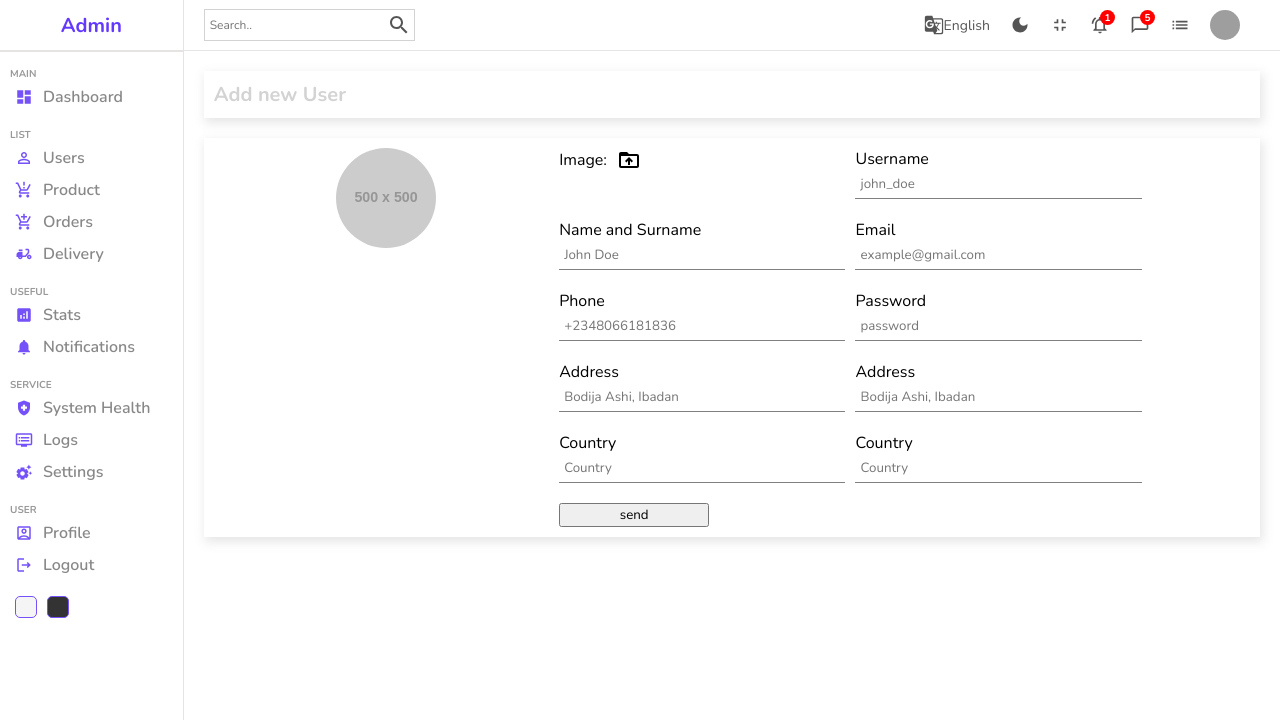
Repository: maescode/simple-react-admin-dashboard
Page: /users/new
These files come from the project's save history. The page is drawn as it stood at one moment and after the next save; the edit follows.
The browser window is 1280 px wide. The pictures show the whole page.
Pictures or frames that could not be fetched are drawn as grey boxes. The project was rebuilt for these pictures with package versions that can differ from the ones it lists, and the page was loaded fresh each time. Also part of the build but not shown: src/App.css, src/pages/home/home.scss, src/pages/components/widget/widget.scss, src/pages/components/widget/Widget.jsx, src/pages/components/featured/featured.scss, src/pages/components/featured/Featured.jsx, src/pages/components/chart/chart.scss, src/pages/components/chart/Chart.jsx and 11 more.

Above is the page before, as saved 2022-08-10 06:11:00.

After the next save:
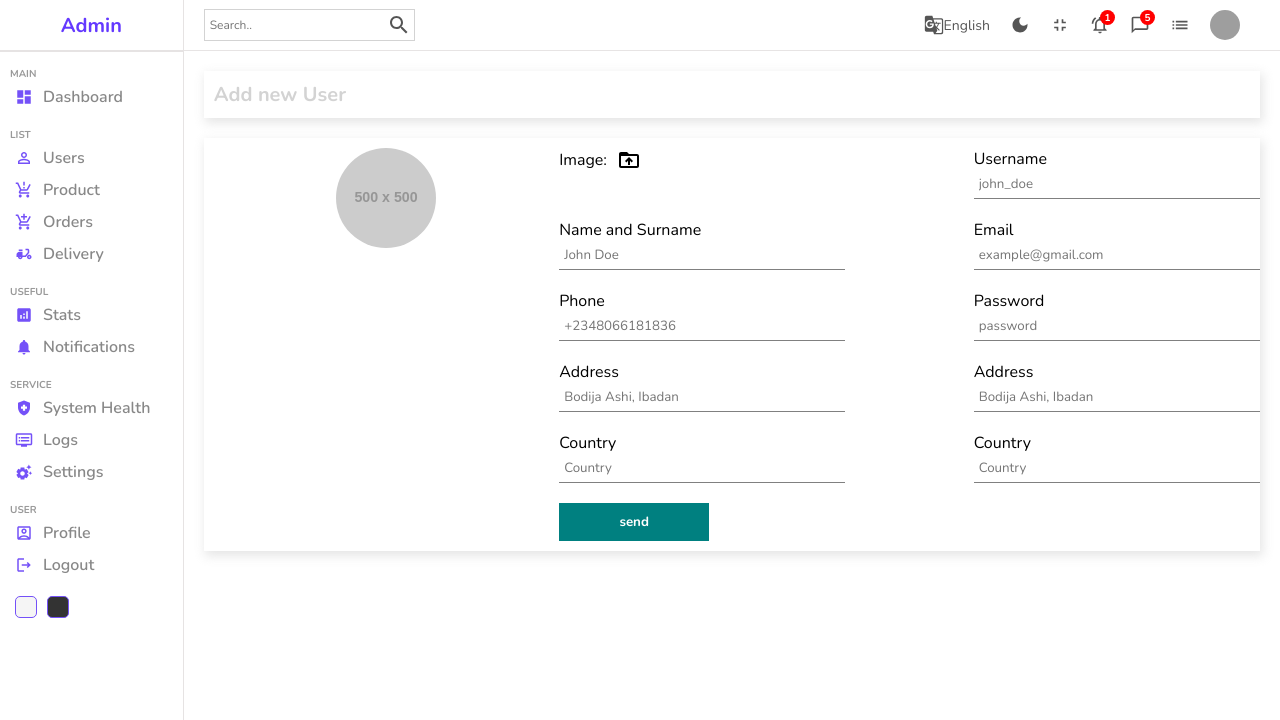
Saved 111 s later.
--- a/src/pages/new/new.scss
+++ b/src/pages/new/new.scss
@@ -35,6 +35,7 @@
         display: flex;
         flex-wrap: wrap;
         gap: 20px;
+        justify-content: space-between;
 
         .formInput {
           width: 40%;
@@ -59,6 +60,11 @@
 
         button {
           width: 150px;
+          padding: 10px;
+          border: none;
+          background-color: teal;
+          color: white;
+          font-weight: bold;
         }
       }
     }
